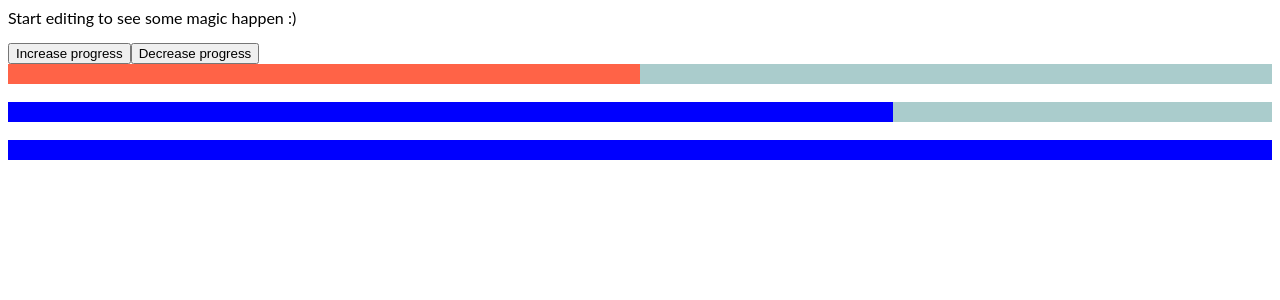
Repository: leduc24/baitap-angular100day
Page: / (app in angular_bai7/)
These files come from the project's save history. The page is drawn as it stood at one moment and after the next save; the edit follows.
The browser window is 1280 px wide. The pictures show the whole page.
The project was rebuilt for these pictures with package versions that can differ from the ones it lists, and the page was loaded fresh each time. Also part of the build but not shown: angular_bai7/angular.json, angular_bai7/src/app/hello.component.ts.

Above is the page before, as saved 2022-07-04 11:37:52.

### angular_bai7/src/index.html
<html>
  <head>
    <title>Huynh Duc </title>
  </head>
  <body>
  <my-app>loading</my-app>
  </body>
</html>

### angular_bai7/src/app/app.module.ts
import { NgModule, Component } from '@angular/core';
import { BrowserModule } from '@angular/platform-browser';
import { FormsModule } from '@angular/forms';

import { AppComponent } from './app.component';
import { HelloComponent } from './hello.component';
import { ProgressBarComponent } from './progress-bar/progress-bar.component';


@NgModule({
  imports:      [ BrowserModule, FormsModule ],
  declarations: [ AppComponent, HelloComponent, ProgressBarComponent],
  bootstrap:    [ AppComponent ]
})
export class AppModule { }

### angular_bai7/src/app/app.component.ts
import { Component, VERSION } from '@angular/core';

@Component({
  selector: 'my-app',
  templateUrl: './app.component.html',
  styleUrls: [ './app.component.css' ]

})

export class AppComponent  {
  name = 'Angular ' + VERSION.major;
}

### angular_bai7/src/app/progress-bar/progress-bar.component.ts
import { isNgTemplate } from '@angular/compiler';
import {
  ChangeDetectorRef,
  Component,
  Input,
  OnChanges,
  OnInit,
  SimpleChange,
  SimpleChanges,
  ɵɵNgOnChangesFeature,
} from '@angular/core';

@Component({
  selector: 'progress-bar',
  template: `
    <div
      class="progress-bar-container"
      [style.backgroundColor]="backgroundColor"
    >
      <div
        class="progress"
        [style]="{
          backgroundColor: progressColor,
          width: progress + '%'
        }"
      ></div>
    </div>
    `,
  styles: [
    `
    .progress-bar-container,
      .progress {
        height: 20px;
      }

      .progress-bar-container {
        width: 100%;
      }
    `,
  ],
})
export class ProgressBarComponent implements OnInit, OnChanges {
  @Input() progress = 50;
  @Input() backgroundColor = '#acc';
  @Input() progressColor = 'tomato';

  constructor() {
    console.log({
      progress: this.progress,
      background: this.backgroundColor,
      progressColor: this.progressColor,
    });
  }
  ngOnInit() {}

  ngOnChanges(changes: SimpleChanges) {}
}

### angular_bai7/src/app/app.component.html

<p>
  Start editing to see some magic happen :)
</p>
<button (click) = "currentProgress = currentProgress + 1 ">Increase progress</button>
<button (clicK) = "currentProgress = currentProgress - 1 ">Decrease progress</button>
<progress-bar></progress-bar>
<br>
<progress-bar [progress] = "70" [progressColor] = "'blue'"> </progress-bar>
<br>
<progress-bar [progress] = "currentProgress" [progressColor] = "'blue'" ></progress-bar>

Loaded but not shown: angular_bai7/src/styles.css (common file); angular_bai7/src/main.ts (common file); angular_bai7/src/polyfills.ts (common file); angular_bai7/src/app/app.component.css (common file)

After the next save:
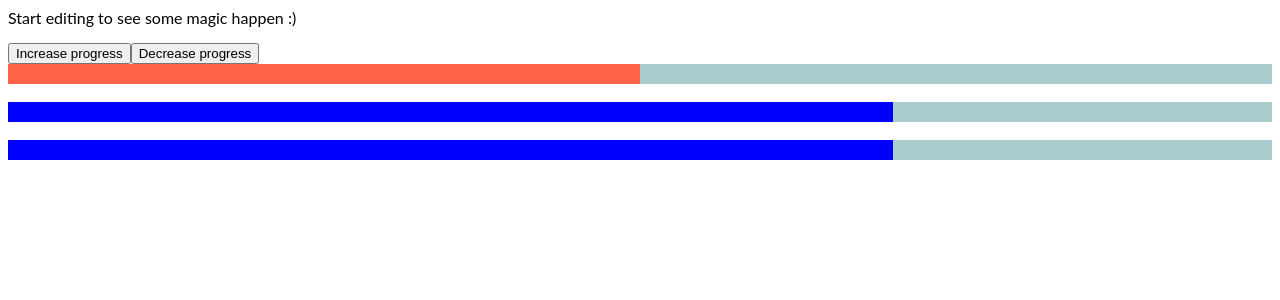
Saved 3 s later.
--- a/angular_bai7/src/app/app.component.ts
+++ b/angular_bai7/src/app/app.component.ts
@@ -9,4 +9,5 @@ import { Component, VERSION } from '@angular/core';
 
 export class AppComponent  {
   name = 'Angular ' + VERSION.major;
+  currentProgress = 70;
 }
